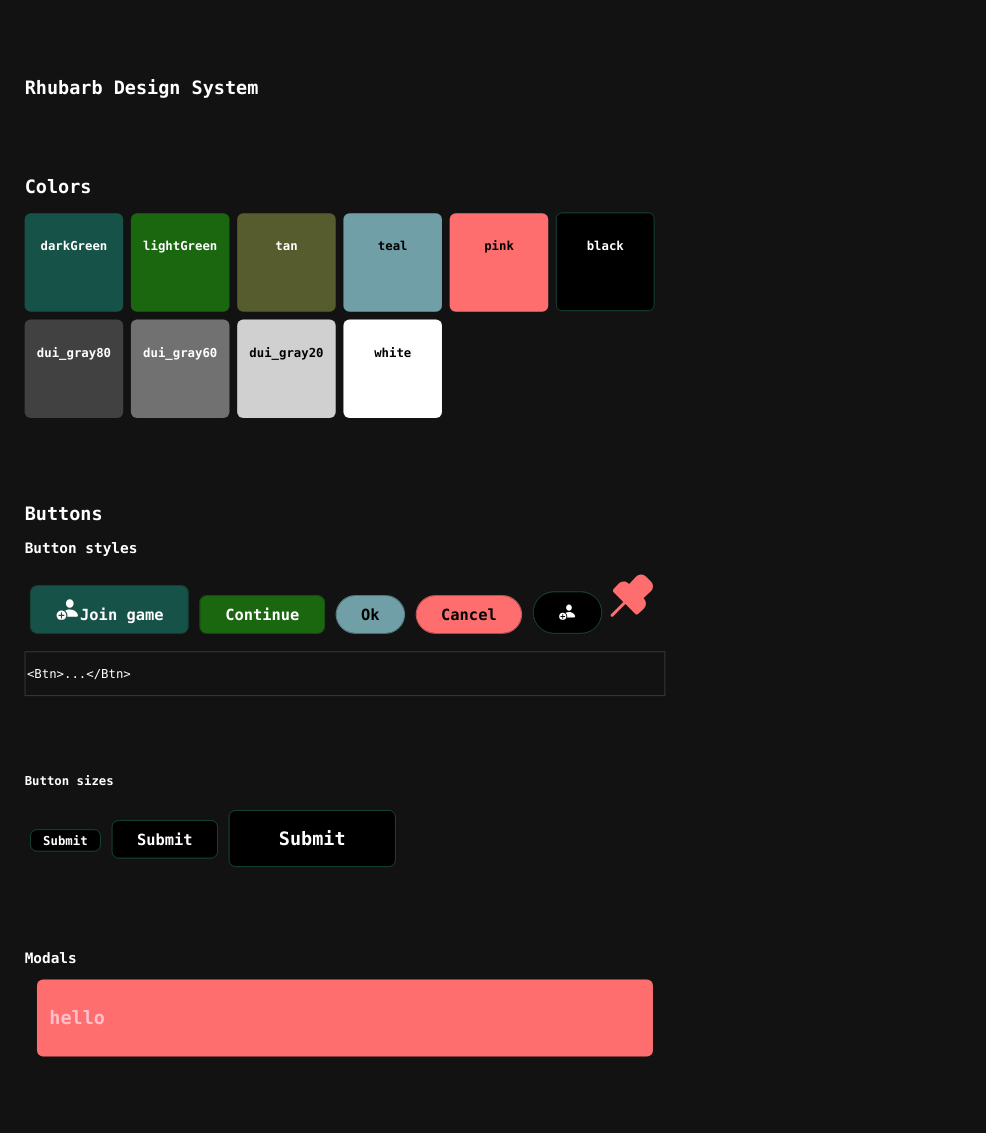
Repository: kttalley/designing-with-data_react-class
Page: / (app in lesson6_design-system-component-extension/)
An editor plug-in stored every save of this project. The page is shown before and after the next save, followed by the edit.
The browser window is 1280 px wide. The pictures show the whole page, at 77% of full size.
The project was rebuilt for these pictures with package versions that can differ from the ones it lists, and the page was loaded fresh each time. Imported but missing from the stored project, and not drawn on this page: lesson6_design-system-component-extension/src/Rhubarb/Input.

Above is the page before, as saved 2023-09-01 12:05:39.

### lesson6_design-system-component-extension/src/App.js
import React, { Component } from 'react';
import { DocsSection, DocsColorBox, DocsModalContainer, DocsCodeBlock } from './Docs';
import Icon from './Rhubarb/Icon'

import {
  GlobalStyle,
  Btn,
  Modal,
  fontSize,
  color,
} from './Rhubarb';

class App extends Component {
  render() {
    return (
      <div>
        <GlobalStyle />

        <DocsSection>
          <h1>Rhubarb Design System</h1>
        </DocsSection>
        <DocsSection>
          <h2>Colors</h2>
          <DocsColorBox color="darkGreen">darkGreen</DocsColorBox>
          <DocsColorBox color="lightGreen">lightGreen</DocsColorBox>
          <DocsColorBox color="tan">tan</DocsColorBox>
          <DocsColorBox color="teal">teal</DocsColorBox>
          <DocsColorBox color="pink">pink</DocsColorBox>
          <DocsColorBox color="black">black</DocsColorBox>
          <DocsColorBox color="dui_gray80">dui_gray80</DocsColorBox>
          <DocsColorBox color="dui_gray60">dui_gray60</DocsColorBox>
          <DocsColorBox color="dui_gray20">dui_gray20</DocsColorBox>
          <DocsColorBox color="white">white</DocsColorBox>
        </DocsSection>

        <DocsSection>
          <h2>Buttons</h2>
          <h3>Button styles</h3>
          <Btn color="darkGreen">
            <Icon name="add" context="btn" color="#ffffff" size={fontSize[4]}></Icon>
            Join game
          </Btn>
          <Btn color="lightGreen">Continue</Btn>
          <Btn color="teal"  roundness="pill">Ok</Btn>
          <Btn color="pink"  roundness="pill">Cancel</Btn>
          <Btn roundness="pill"><Icon name="add" color="#ffffff" size={fontSize[3]}></Icon></Btn>
          <Icon name="pin" color={color.pink} size={fontSize[5]} />
          <DocsCodeBlock>
            <p>
              {"<Btn>...</Btn>"}
            </p>
          </DocsCodeBlock>
      </DocsSection>
      <DocsSection>
          <h4>Button sizes</h4>
          <Btn size="sm">Submit</Btn>
          <Btn>Submit</Btn>
          <Btn size="lg">Submit</Btn>
        </DocsSection>


        <DocsSection>
          <h3>Modals</h3>
          <Modal color="pink"><h1>hello</h1></Modal>

        </DocsSection>
      </div>
    );
  }
}

export default App;

### lesson6_design-system-component-extension/src/Docs/index.js
import styled from 'styled-components';
import {color, space, isDarkBackground, fontSize} from '../Rhubarb';

export const DocsColorBox = styled.div`
background-color: ${ props => color[props.color] ? color[props.color] : color.black };
  color: ${props => isDarkBackground(props.color) ? color.black : color.white};
  height: ${space[6] + 'px'};
  width: ${space[6] + 'px'};
  padding-top: 33px;
  text-align: center;
  font-weight: bold;
  display: inline-block;
  margin-right: 10px;
  margin-bottom: 10px;
  border-radius: 8px;
  border: ${props => props.color === "black" ? '1px solid' + color.darkGreen : 'none'}
`;

export const DocsSection = styled.section`
  margin: 100px 32px;
  max-width: 832px;
`;

export const DocsModalContainer = styled.section`
  position: relative;
  height: 300px;
  border-radius: 3px;
  background: ${color.dui_gray80}
`;

export const DocsCodeBlock = styled.code`
  border: 1px solid ${color.dui_gray80};
  color: ${color.dui_gray60}
  border-radius: 8px;
  display: block;
  font-family: consolas, monospace;
  line-height: 1.3;
  padding: ${space[1] + 'px'};
  white-space: pre-line;
  font-size: ${fontSize[1]};
  margin-top: ${space[3] + 'px'};
  transition: 0.15s color ease;

  &::selection {
    color: ${color.black};
    background-color: ${color.pink};
  }

  &:hover {
    color: ${color.white};
  }


`;

### lesson6_design-system-component-extension/src/Rhubarb/Icon.js
import React from 'react';
import Styled, { css } from 'styled-components'



const Icon = function(props) {
    const {name, context, color="white", size=16, ...rest} = props;
    const Drawing = IconMap[name] ? IconMap[name] : null;
    const iconStyles = {
        ...(context === 'btn' && {
            marginRight: '200px',
            color: "red",
            padding: '8px',
            size: '500px'

        }),
    }

    return (
        <svg
            width={size}
            height={size}
            {...rest}
            viewBox="0 0 32 32"
        >
            <Drawing color={color} />
        </svg>

    );

}

function Add(props) {
    return (
        <path fill={props.color} d="M18.6025 16.2451C15.8604 16.2451 13.5879 13.8203 13.5879 10.6846C13.5752 7.65039 15.8857 5.25098 18.6025 5.25098C21.332 5.25098 23.6172 7.625 23.6172 10.6719C23.6172 13.8203 21.3447 16.2451 18.6025 16.2451ZM18.5898 18.5176C25.1406 18.5176 29.2158 23.0117 29.2158 26.2744C29.2158 27.3789 28.5049 27.874 26.7783 27.874H15.4033C15.5303 27.3408 15.5938 26.7695 15.5938 26.1982C15.5938 23.6973 14.4004 21.4756 12.5596 20.0537C14.1719 19.127 16.2158 18.5176 18.5898 18.5176ZM7.79883 32.5078C4.3457 32.5078 1.48926 29.6641 1.48926 26.1982C1.48926 22.7324 4.3457 19.876 7.79883 19.876C11.2646 19.876 14.1211 22.7324 14.1211 26.1982C14.1211 29.6514 11.2393 32.5078 7.79883 32.5078ZM7.81152 30.3496C8.20508 30.3496 8.52246 30.0703 8.52246 29.6641V26.8584H11.125C11.5059 26.8584 11.8105 26.5664 11.8105 26.1855C11.8105 25.8047 11.5059 25.5127 11.125 25.5127H8.52246V22.7197C8.52246 22.3008 8.20508 22.0342 7.81152 22.0342C7.41797 22.0342 7.10059 22.3008 7.10059 22.7197V25.5127H4.48535C4.11719 25.5127 3.8125 25.8047 3.8125 26.1855C3.8125 26.5664 4.11719 26.8584 4.48535 26.8584H7.10059V29.6641C7.10059 30.0703 7.41797 30.3496 7.81152 30.3496Z"></path>
    )
}


function Pin(props) {
    return (
        <path fill={props.color} d="M28.1831 13.4035C28.601 12.9858 28.9325 12.49 29.1587 11.9442C29.3849 11.3984 29.5014 10.8134 29.5015 10.2226C29.5016 9.63174 29.3853 9.0467 29.1592 8.50084C28.9332 7.95498 28.6019 7.45899 28.1841 7.0412L24.9849 3.82147C24.1379 2.97781 22.9906 2.50501 21.7951 2.50703C20.5997 2.50904 19.454 2.9857 18.6099 3.83221L14.354 8.35272C14.2599 8.44609 14.1326 8.49847 14 8.49847C13.8674 8.49847 13.7402 8.44609 13.646 8.35272C13.2271 7.93628 12.7279 7.60921 12.1789 7.39132C11.6298 7.17344 11.0422 7.06928 10.4517 7.08514C9.25462 7.11643 8.11615 7.60989 7.27491 8.46209L3.93702 11.9504C3.65616 12.2318 3.49835 12.6131 3.49816 13.0107C3.49797 13.4083 3.65543 13.7898 3.93602 14.0715L10.2144 20.3666L2.29341 28.2931C2.20056 28.386 2.12691 28.4962 2.07666 28.6175C2.02641 28.7389 2.00055 28.8689 2.00055 29.0002C2.00055 29.1315 2.02641 29.2615 2.07666 29.3828C2.12691 29.5041 2.20056 29.6144 2.29341 29.7072C2.38626 29.8001 2.49649 29.8737 2.6178 29.924C2.73911 29.9742 2.86913 30.0001 3.00044 30.0001C3.13175 30.0001 3.26177 29.9742 3.38308 29.924C3.5044 29.8737 3.61462 29.8001 3.70747 29.7072L11.6266 21.7825L17.8891 28.0617C18.0288 28.2015 18.1948 28.3122 18.3775 28.3877C18.5602 28.4631 18.7559 28.5016 18.9536 28.5012C19.1477 28.5019 19.3402 28.4644 19.5198 28.3906C19.6995 28.3169 19.8628 28.2084 20.0004 28.0715L23.5463 24.718C24.4021 23.8866 24.8934 22.7498 24.9124 21.5568C24.9315 20.3638 24.4767 19.212 23.6479 18.3537C23.555 18.2608 23.5025 18.135 23.5015 18.0036C23.5006 17.8722 23.5515 17.7458 23.643 17.6515L28.1831 13.4035Z"></path>
    )
}
function Cancel(props) {
    return (
        <path fill={props.color} d="M29 16C29 23.1797 23.1797 29 16 29C8.8203 29 3 23.1797 3 16C3 8.8203 8.8203 3 16 3C23.1797 3 29 8.8203 29 16ZM16.9957 6.9078C16.9481 6.39344 16.5166 6 16 6C15.4834 6 15.0519 6.39344 15.0043 6.9078L14.438 13.0238L13.796 12.3818L13.6593 11.265C13.5997 10.7785 13.1962 10.4068 12.7064 10.3873C12.4524 10.3772 12.2141 10.4634 12.0298 10.6156L9.70711 8.29289C9.31658 7.90237 8.68342 7.90237 8.29289 8.29289C7.95024 8.63555 7.90824 9.16501 8.16689 9.55346L22.4466 23.8331C22.835 24.0918 23.3645 24.0498 23.7071 23.7071C24.0976 23.3166 24.0976 22.6834 23.7071 22.2929L21.6914 20.2772C21.812 20.1618 21.9048 20.0154 21.9562 19.8473L22.6544 17.5661C22.8345 17.7326 23.0745 17.8319 23.3333 17.8319H26C26.5523 17.8319 27 17.3842 27 16.8319C27 16.2796 26.5523 15.8319 26 15.8319H24.118L23.638 13.8714C23.5309 13.4342 23.145 13.1224 22.6951 13.1096C22.2452 13.0968 21.8422 13.3862 21.7105 13.8166L21.194 15.5038L20.3131 11.1866C20.2151 10.7063 19.7834 10.3679 19.2936 10.3873C18.8038 10.4068 18.4003 10.7785 18.3407 11.265L17.8046 15.6439L16.9957 6.9078ZM18.9044 23.1194L16.2417 20.4567L16.6709 25.0922C16.718 25.6009 17.1411 25.9924 17.6519 25.9999C18.1628 26.0074 18.5972 25.6287 18.6593 25.1215L18.9044 23.1194ZM15.7993 20.0142L10.8878 15.1028L10.806 15.5038L10.593 14.808L8.96462 13.1796C8.67 13.2965 8.4407 13.5501 8.36203 13.8714L7.88198 15.8319H6C5.44772 15.8319 5 16.2796 5 16.8319C5 17.3842 5.44772 17.8319 6 17.8319H8.66667C8.92551 17.8319 9.16553 17.7326 9.3456 17.5661L10.0438 19.8473C10.1776 20.2846 10.5911 20.5754 11.0478 20.5535C11.5046 20.5316 11.8884 20.2026 11.9798 19.7545L12.4197 17.5986L13.3407 25.1215C13.4028 25.6287 13.8372 26.0074 14.3481 25.9999C14.8589 25.9924 15.282 25.6009 15.3291 25.0922L15.7993 20.0142ZM19.7257 18.3115L19.5184 18.1042L19.5803 17.5986L19.7257 18.3115Z"/>
    )
};




const IconMap = {
    "add": Add,
    "pin": Pin,
    "cancel": Cancel,
};


export default Icon;

### lesson6_design-system-component-extension/src/Rhubarb/index.js
//this file indexes all Rhubarb components for export

import { createGlobalStyle } from "styled-components";

export const GlobalStyle = createGlobalStyle`
  * {
    box-sizing: border-box;
  }

  body {
    margin: 0;
    padding: 0;
    font-family: menlo, sans-serif;
    background-color: #121212;
    color: white;
  }
`;


export * from './Button';
export * from './Input';
export * from './Utils';
export * from './Modal';
export * from './Icon';

### lesson6_design-system-component-extension/src/Rhubarb/Button.js
import { color, space, isDarkBackground, fontSize} from './Utils';
import styled, { css } from 'styled-components';

export const Btn = styled.button`
  background-color: ${ props => color[props.color] ? color[props.color] : color.black };
  color: ${props => isDarkBackground(props.color) ? color.black : color.white};
  outline: 1px solid ${ props => color[props.color] ? color[props.color] : color.darkGreen };
  border-radius: 8px;
  padding: ${space[3] + 'px'};
  margin: ${space[2] + 'px'};
  font-family: menlo;
  font-weight: bold;
  border: none;
  transition: 0.1s all ease;
  font-size: ${fontSize[2]};
  padding: ${space[2] + 4 + 'px'} ${space[4] + 'px'};

  &:hover {
    cursor: pointer;
    filter: brightness(1.1);
    transform: scale(1.1);
  }

  ${props => props.size === 'sm' && css`
    font-size: ${fontSize[1]};
    padding: ${space[1] + 2 + 'px'} ${space[3] + 'px'};
  ` }

    ${props => props.size === 'lg' && css`
      font-size: ${fontSize[3]};
      padding: ${space[3] + 6 + 'px'} ${space[5] + 'px'};
  ` }

  ${props => props.roundness === 'pill' && css`
    border-radius: 32px;
  `}

  ${props => props.color === "black" && css`
    outline: 2px solid green;

  `}


`;

### lesson6_design-system-component-extension/src/Rhubarb/Utils.js
export const color = {

  //core colors
  darkGreen: '#165247',
  tan: '#565C2D',
  lightGreen: '#1A6710',
  teal: '#719FA7',
  pink: '#FF6E6E',

  //grayscale - needs lui
  black: '#000000',
  dui_gray80: '#FFFFFF33',
  dui_gray60: '#FFFFFF66',
  dui_gray40: '##FFFFFF44',
  dui_gray20: '#FFFFFFCC',
  white: '#FFFFFF',
  // solid grays, no opacity,
  //for sake of utility function below
  gray1: '#606060',
  gray2: '#313131',
  gray3: '#181818'

}

export const space = [
  0,
  2,
  8,
  16,
  32,
  64,
  128,
  256,
  512
];

export const fontSize = [
  '14px',
  '16px',
  '20px',
  '24px',
  '32px',
  '64px'
];


export const isDarkBackground = function(color) {
  if (color) {
    if (color.includes('dui_gray20') || color.includes('teal') || color.includes('pink') || color.includes('white')) {
      return true;
    } else {
      return false;
    }
  }
}

### lesson6_design-system-component-extension/src/Rhubarb/Modal.js
import { color, space, fontSize, isDarkBackground} from './Utils';
import React from 'react';
import styled from 'styled-components';
import Icon from './Icon';

export const Modal = styled.div`
  background-color: ${props => color[props.color] ? color[props.color] : color.black };
  color: pink;
  padding: 1rem;
  margin: 1rem;
  border-radius: ${space[2] + 'px'};
`;


export const ModalDismissIcon = styled(Icon)`
  float: right;
  transition: 0.2s opacity ease;
  cursor: pointer;

  &:hover {
    opacity: 0.6;
  }
`;

Loaded but not shown: lesson6_design-system-component-extension/public/index.html (common file); lesson6_design-system-component-extension/src/index.js (common file); lesson6_design-system-component-extension/src/index.css (common file); lesson6_design-system-component-extension/src/reportWebVitals.js (common file)

After the next save:
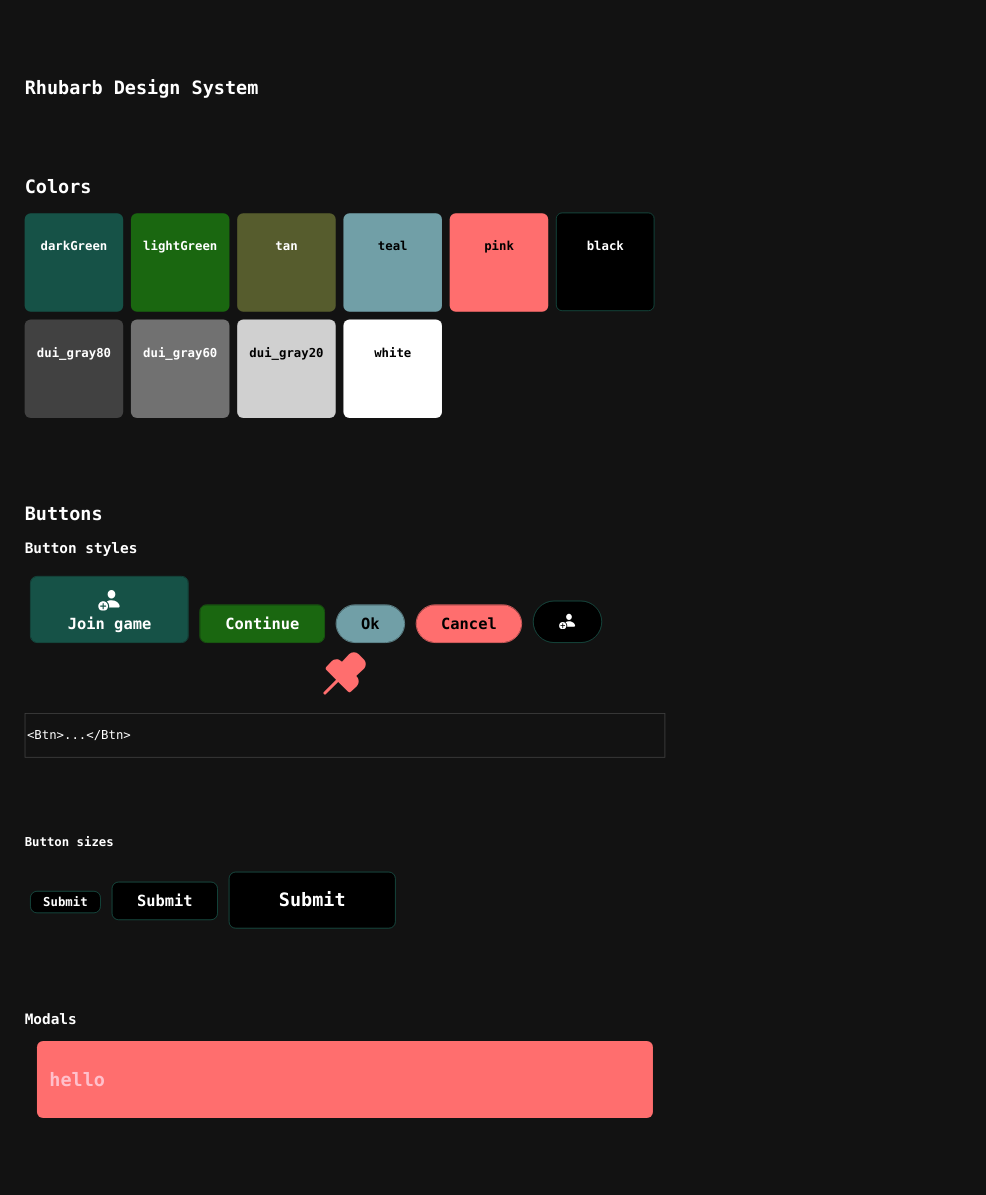
Saved 16 s later.
--- a/lesson6_design-system-component-extension/src/Rhubarb/Icon.js
+++ b/lesson6_design-system-component-extension/src/Rhubarb/Icon.js
@@ -18,7 +18,7 @@
 
     return (
         <svg
-            width={size}
+            width={size * 1.2}
             height={size}
             {...rest}
             viewBox="0 0 32 32"

After the 2 saves that followed:
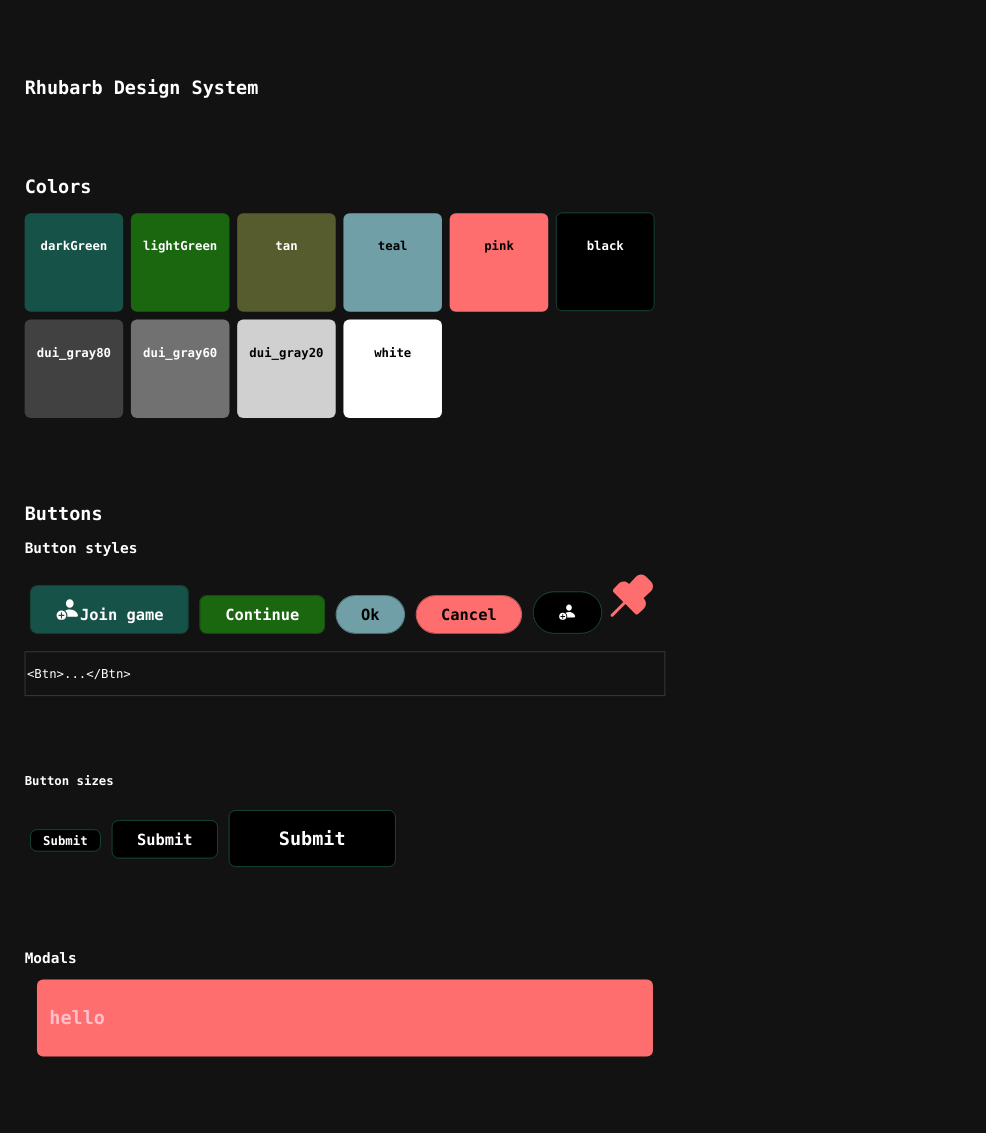
The 2 saves are shown as one change because 1 left the picture as it was.
The last was saved 24 s later.
--- a/lesson6_design-system-component-extension/src/Rhubarb/Icon.js
+++ b/lesson6_design-system-component-extension/src/Rhubarb/Icon.js
@@ -18,7 +18,7 @@
 
     return (
         <svg
-            width={size * 1.2}
+            width={size}
             height={size}
             {...rest}
             viewBox="0 0 32 32"
